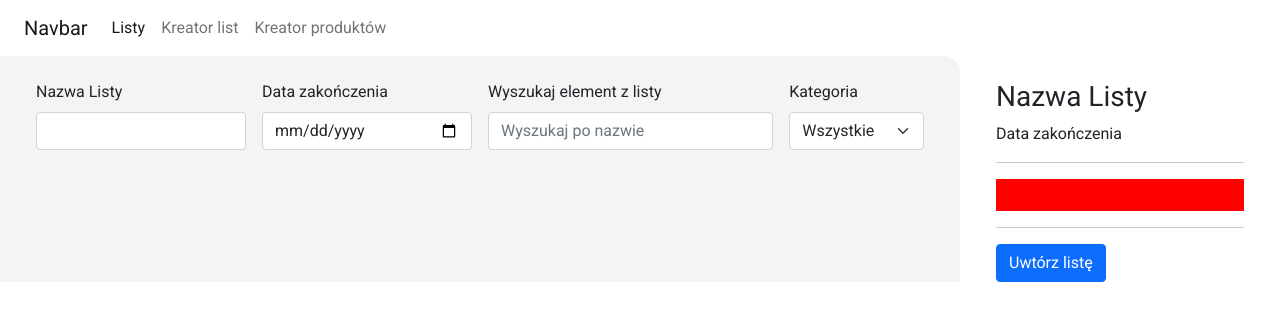
Repository: alphatra/Task-menager
Page: http://localhost/php/src/views/createList.php
An editor plug-in stored every save of this project. The page is shown before and after the next save, followed by the edit.
The browser window is 1280 px wide. The pictures show the whole page.
The page is run by PHP 8.4 with error messages shown; the project is at /var/www/html/. Queries for data that is not in the repository find no rows.

Above is the page before, as saved 2023-02-07 12:03:57.

After the next save:
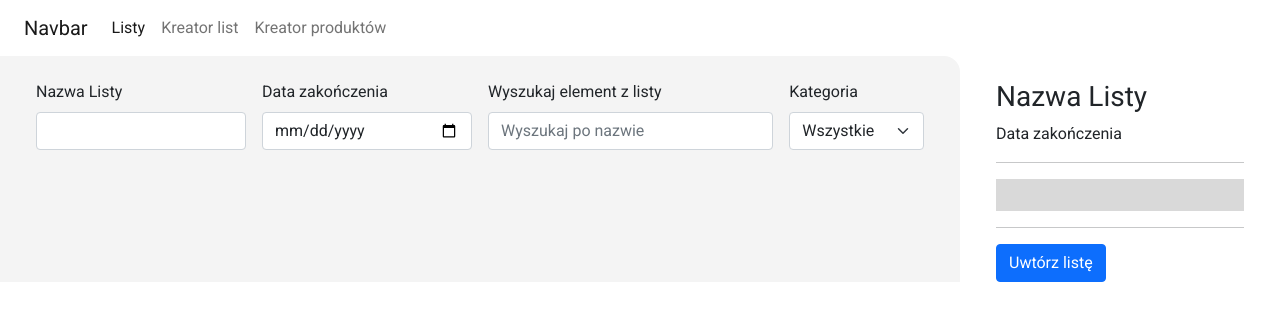
Saved 49 s later.
--- a/php/src/views/createList.php
+++ b/php/src/views/createList.php
@@ -272,7 +272,7 @@
                 <h3 id="list_name">Nazwa Listy</h3>
                 <span id="end_date">Data zakończenia</span>
                 <hr class="hr" />
-                <div id="list_elements" class="px-3 py-3" style="background-color:red"></div>
+                <div id="list_elements" class="px-3 py-3" style="background-color:#D9D9D9"></div>
                 <hr class="hr" />
                 <button type="submit" id="crateList_button" class="btn btn-primary">Uwtórz listę</button>
                 </div>
